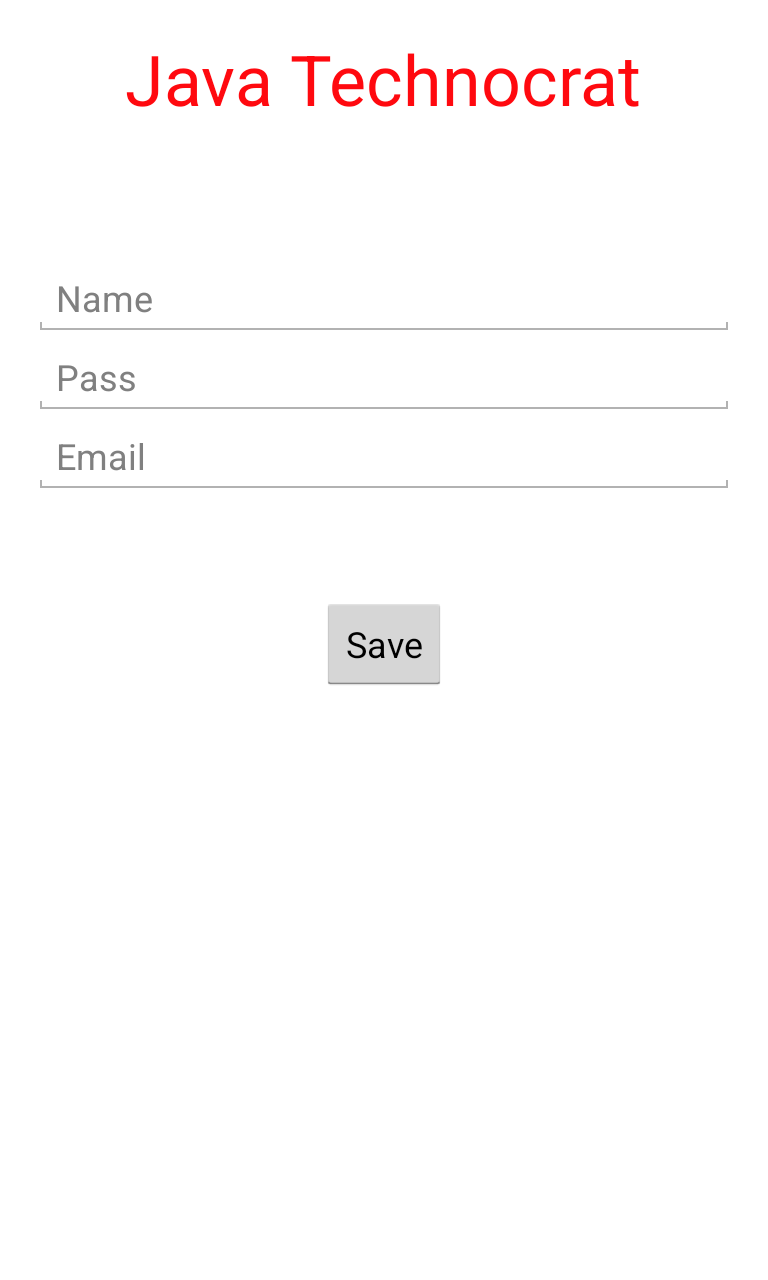
Repository: yashmoda/Android-Practice
Layout: SharedPreferenceDemo/res/layout/activity_main.xml
These files come from the project's save history. The layout is drawn as it stood at one moment and after the next save; the edit follows.
It is drawn on a 768 x 1280 px phone screen (xhdpi) without system bars, with theme AppTheme; the app's code is not run. The app's manifest (not shown) leaves right-to-left support off. So textAlignment, textDirection and layoutDirection are ignored, and left and right values win over start and end ones.

Above is the layout before, as saved 2017-06-15 11:59:48.

After the next save:
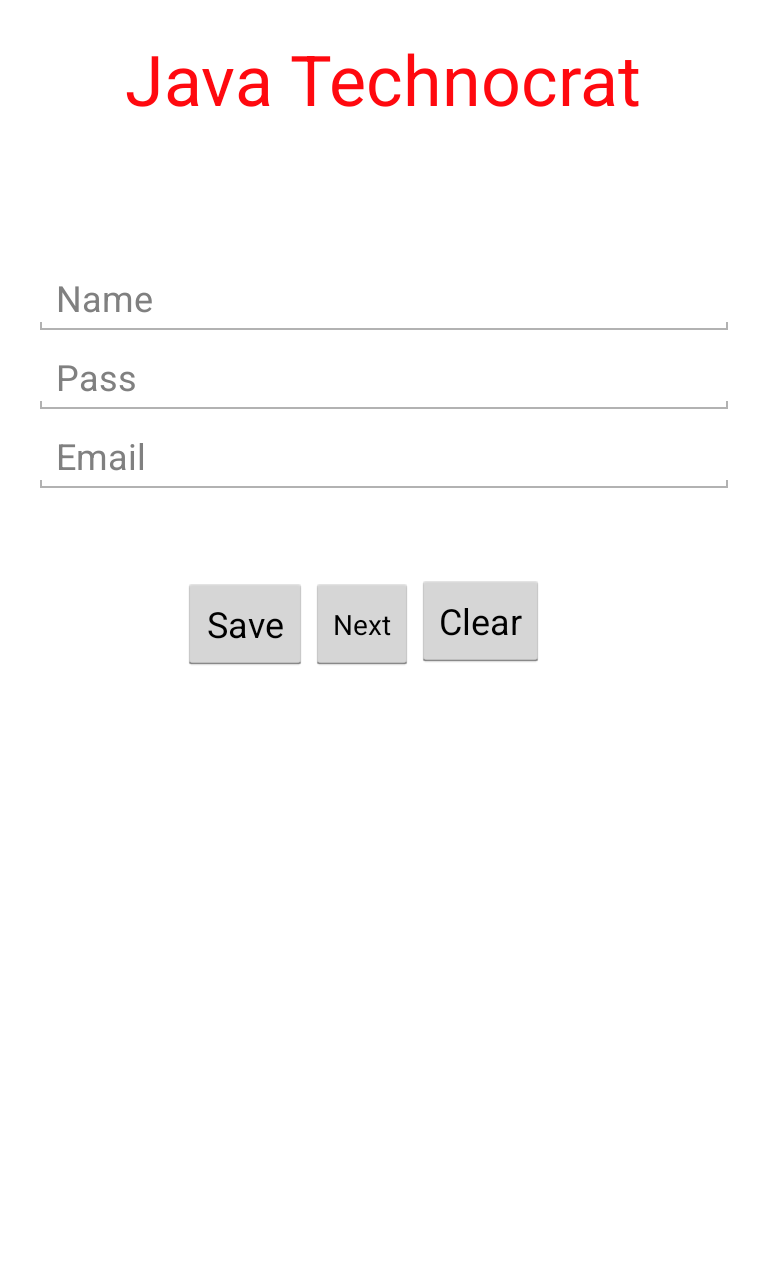
Saved 42 h 42 min later.
--- a/SharedPreferenceDemo/res/layout/activity_main.xml
+++ b/SharedPreferenceDemo/res/layout/activity_main.xml
@@ -54,12 +54,31 @@
       android:hint="Email" />
 
    <Button
-      android:layout_width="wrap_content"
-      android:layout_height="wrap_content"
-      android:text="Save"
-      android:id="@+id/button"
-      android:layout_below="@+id/editText3"
-      android:layout_centerHorizontal="true"
-      android:layout_marginTop="50dp" />
+       android:id="@+id/button"
+       android:layout_width="wrap_content"
+       android:layout_height="wrap_content"
+       android:layout_alignLeft="@+id/textView2"
+       android:layout_below="@+id/editText3"
+       android:layout_marginLeft="28dp"
+       android:layout_marginTop="40dp"
+       android:text="Save" />
+
+   <Button
+       android:id="@+id/button1"
+       style="?android:attr/buttonStyleSmall"
+       android:layout_width="wrap_content"
+       android:layout_height="wrap_content"
+       android:layout_alignTop="@+id/button"
+       android:layout_toRightOf="@+id/button"
+       android:text="Next" />
+
+   <Button
+       android:id="@+id/button2"
+       android:layout_width="wrap_content"
+       android:layout_height="wrap_content"
+       android:layout_alignBaseline="@+id/button1"
+       android:layout_alignBottom="@+id/button1"
+       android:layout_toRightOf="@+id/button1"
+       android:text="Clear" />
 
 </RelativeLayout>
